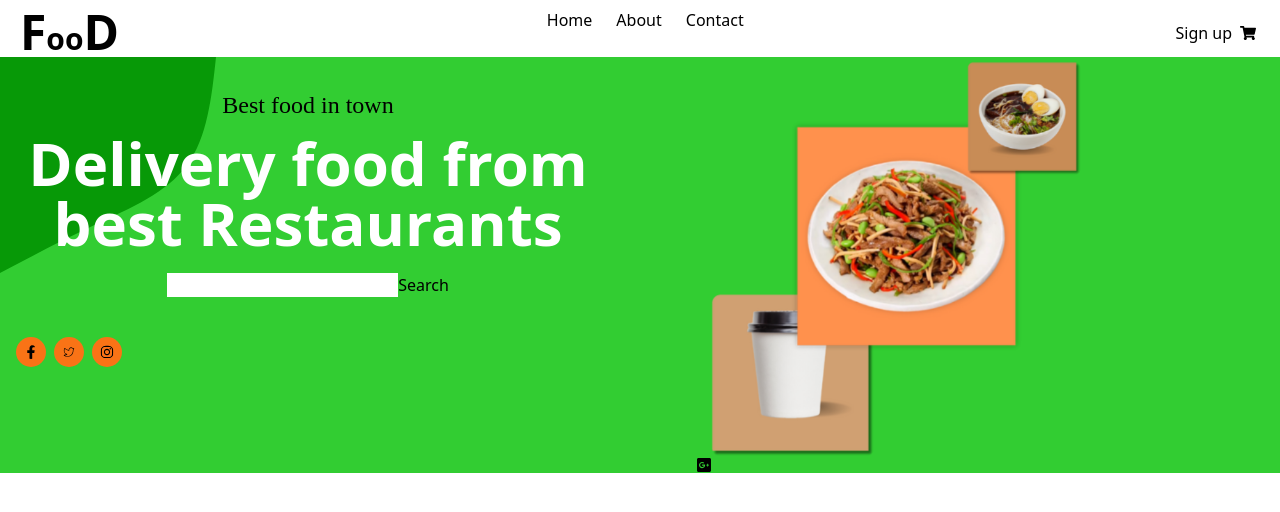
Repository: KhushiCode14/FoodWeb
Page: /
These files come from the project's save history. The page is drawn as it stood at one moment and after the next save; the edit follows.
The browser window is 1280 px wide. The pictures show the whole page.
The project was rebuilt for these pictures with package versions that can differ from the ones it lists, and the page was loaded fresh each time. Also part of the build but not shown: src/components/Home/SignUp.tsx, src/components/Home/SignIn.tsx.

Above is the page before, as saved 2024-09-19 20:17:05.

After the next save:
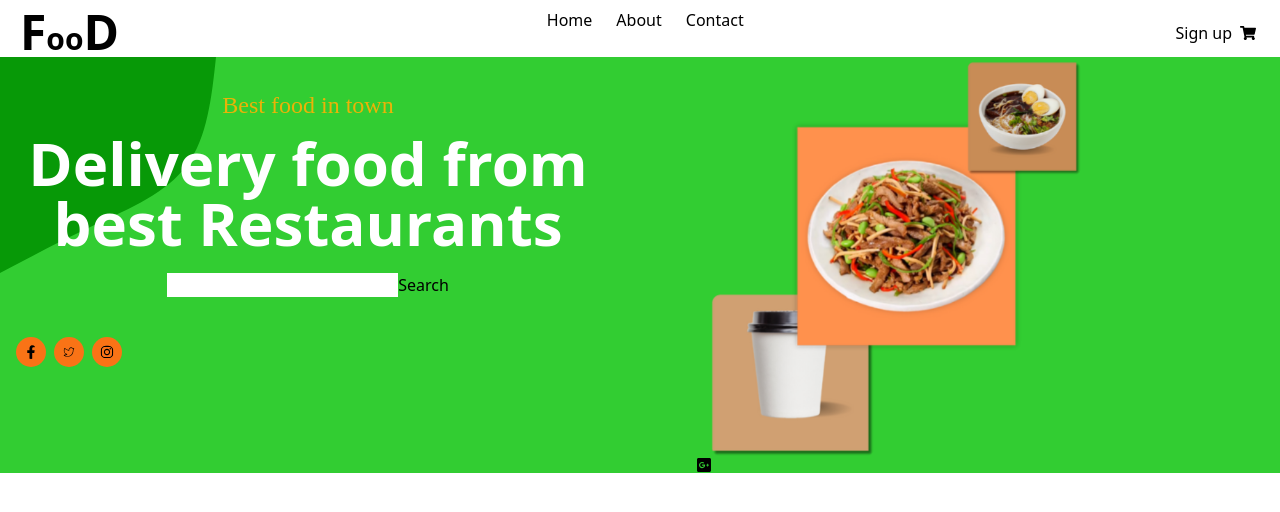
Saved 19 s later.
--- a/src/Pages/Home.tsx
+++ b/src/Pages/Home.tsx
@@ -9,7 +9,7 @@ const Home: React.FC = () => {
     <div className=" flex  gap-20 bgBack justify-center ">
 
       <div className="w-1/2 justify-center items-center m-4 mt-8 ">
-        <h3 className="font-cursive text-2xl mb-3">Best food in town</h3>
+        <h3 className="font-cursive text-2xl mb-3 text-yellow-500">Best food in town</h3>
         <h1 className="text-6xl mb-5 text-white font-bold">Delivery food from best Restaurants</h1>
         <div className="justify-between">
          <div className="mb-10">
